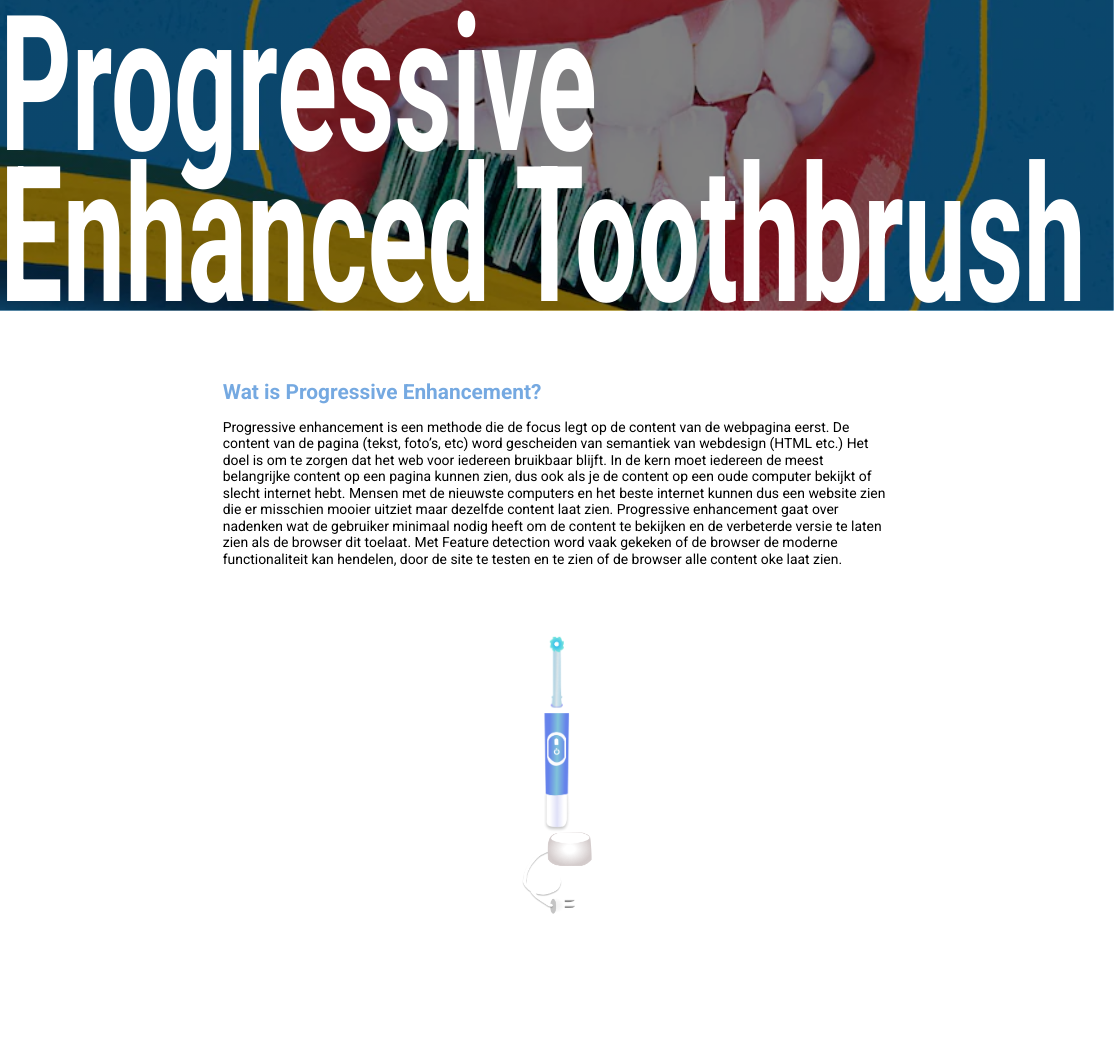
Repository: norakramer1/browser-technologies-2122
Page: progressive-enhanced-toothbrush-main/index.html
The author's editor kept a copy of each file at every save. The page is drawn from the files as they stood at one save, then again after the next save.
The browser window is 1280 px wide. The pictures show the whole page, at 87% of full size.

Above is the page before, as saved 2022-03-23 12:50:25.

### progressive-enhanced-toothbrush-main/index.html
<!DOCTYPE html>
<html lang="en">
<head>
    <meta charset="UTF-8">
    <meta http-equiv="X-UA-Compatible" content="IE=edge">
    <meta name="viewport" content="width=device-width, initial-scale=1.0">
    <title>Progressive Enhanced Toothbrush</title>
    <link rel="stylesheet" href="style.css">
    <link href="https://fonts.googleapis.com/css2?family=Roboto:ital,wght@0,100;0,300;0,400;0,500;0,700;0,900;1,100;1,300;1,400;1,500;1,700;1,900&display=swap" rel="stylesheet">
</head>
<body>
    <header>
        <h1>Progressive Enhanced Toothbrush</h1>
    </header>
    <main>
        <article>
            <h2>Wat is Progressive Enhancement?</h2>
            <p>Progressive enhancement is een methode die de focus legt
               op de content van de webpagina eerst. De content van de pagina (tekst, foto’s, etc)
               word gescheiden van semantiek van webdesign (HTML etc.) Het doel is om te zorgen dat het web voor iedereen bruikbaar blijft. In de kern moet iedereen de meest belangrijke
               content op een pagina kunnen zien, dus ook als je de content op een oude computer bekijkt of slecht internet hebt. Mensen met de nieuwste computers en het beste internet
               kunnen dus een website zien die er misschien mooier uitziet maar dezelfde content laat zien. Progressive enhancement gaat over nadenken wat de gebruiker minimaal nodig heeft
               om de content te bekijken en de verbeterde versie te laten zien als de browser dit toelaat.

               Met Feature detection word vaak gekeken of de browser de moderne functionaliteit kan hendelen, door de site te testen en te zien of de browser alle content oke laat zien.</p>
        </article>
        <article>
            <img src="img/opzetstukje.png" alt="Opzet stukje van tandenborstel">
            <img src="img/handvat.png" alt="Handvat van tandenborstel">
            <img src="img/lader.png" alt="Lader van tandenborstel">
        </article>
    </main>

    <script src="script.js"></script>
</body>
</html>

### progressive-enhanced-toothbrush-main/style.css
* {
    padding: 0;
    margin: 0;
    font-family: "Roboto", sans-serif;
}

header {
    background-image: linear-gradient(to bottom, rgba(0,0,0, .5), rgba(0,0,0, .5)),
    url('img/header.webp');
    background-size: cover;
    background-position: center;
    background-repeat: no-repeat;
    width: 100vw;
}

h1 {
    color: white;
    font-size: 10vw;
    transform: scaleY(1.7);
    line-height: .8;
    padding: 5rem 0 4.5rem 0;
}

main {
    padding: 5rem 20vw;
}

h2 {
    color: #75A9E1;
    margin-bottom: 1rem;
}

article {
    margin-bottom: 5rem;
}

article:nth-child(2) {
    display: flex;
    flex-direction: column;
    align-items: center;
}

article:nth-child(2) img:first-child {
    width: 1rem;
}
article:nth-child(2) img:nth-child(2) {
    width: 2rem;
}
article:nth-child(2) img:last-child {
    width: 5rem;
}

Loaded but not shown: progressive-enhanced-toothbrush-main/script.js (no stored copy; drawn as an empty file)

After the next save:
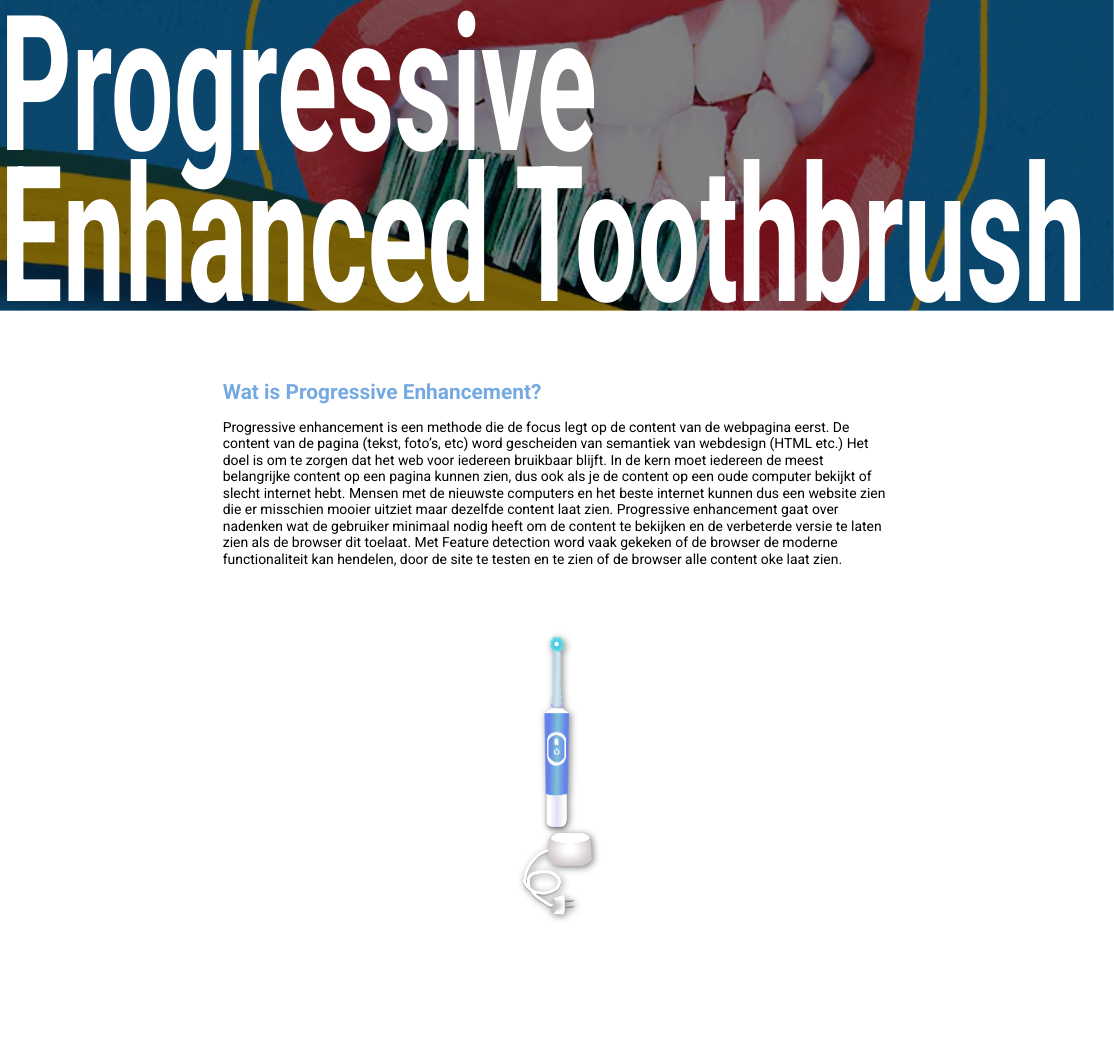
Saved 38 s later.
--- a/progressive-enhanced-toothbrush-main/style.css
+++ b/progressive-enhanced-toothbrush-main/style.css
@@ -38,6 +38,7 @@ article:nth-child(2) {
     display: flex;
     flex-direction: column;
     align-items: center;
+    filter: drop-shadow(2px 2px 4px gray);
 }
 
 article:nth-child(2) img:first-child {
